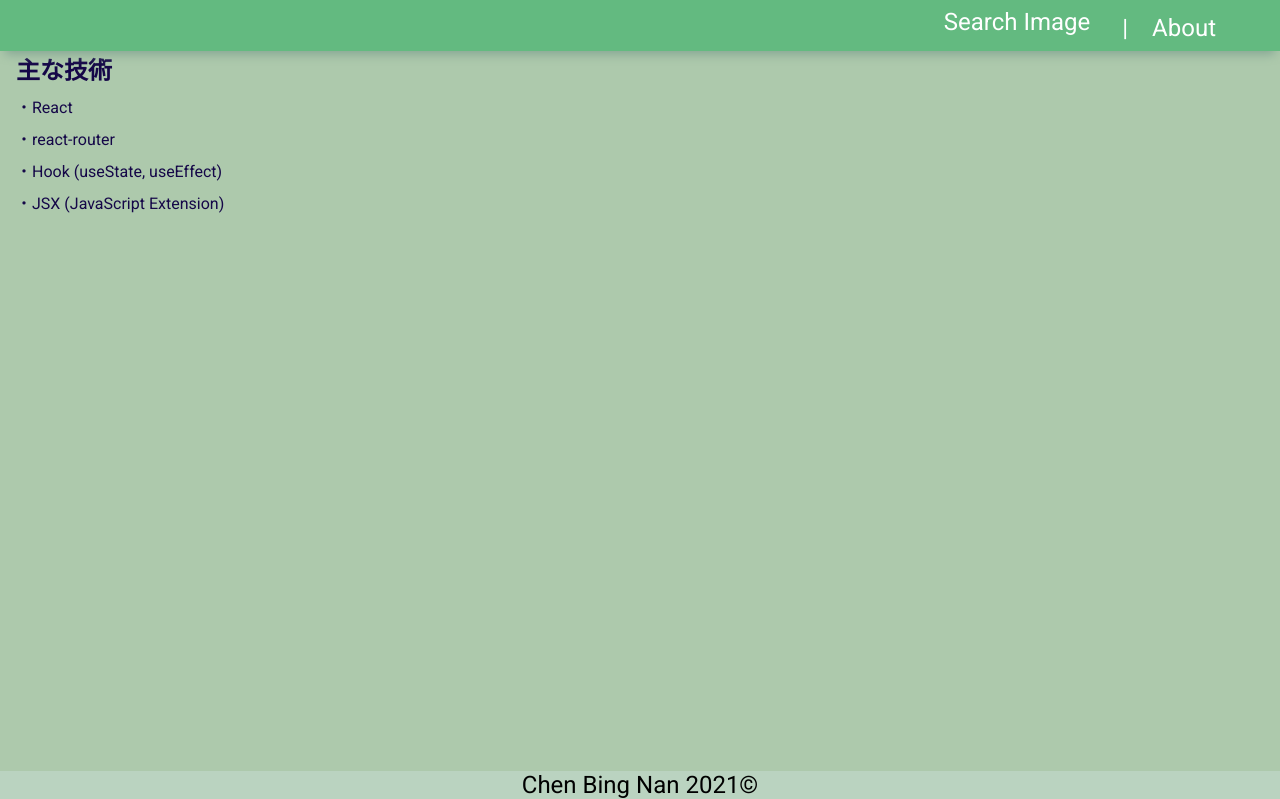
Repository: r1991108/pictureSearchProj
Page: /pictureSearchProj/about
The author's editor kept a copy of each file at every save. The page is drawn from the files as they stood at one save, then again after the next save.
The browser window is 1280 px wide. The pictures show the whole page.
The project was rebuilt for these pictures with package versions that can differ from the ones it lists, and the page was loaded fresh each time. Also part of the build but not shown: src/components/Search.js, src/components/Pictures.js, src/pages/Homepage.js.

Above is the page before, as saved 2021-11-23 23:02:45.

### public/index.html
<!DOCTYPE html>
<html lang="en">

<head>
  <meta charset="utf-8" />
  <!-- <link rel="icon" href="%PUBLIC_URL%/favicon.ico" /> -->
  <meta name="viewport" content="width=device-width, initial-scale=1" />
  <link rel="preconnect" href="https://fonts.googleapis.com">
  <link rel="preconnect" href="https://fonts.gstatic.com" crossorigin>
  <link href="https://fonts.googleapis.com/css2?family=Roboto&display=swap" rel="stylesheet">
  <!-- <meta name="theme-color" content="#000000" /> -->
  <!-- <meta name="description" content="Web site created using create-react-app" /> -->
  <!-- <link rel="apple-touch-icon" href="%PUBLIC_URL%/logo192.png" /> -->
  <!--
      manifest.json provides metadata used when your web app is installed on a
      user's mobile device or desktop. See https://developers.google.com/web/fundamentals/web-app-manifest/
    -->
  <!-- <link rel="manifest" href="%PUBLIC_URL%/manifest.json" /> -->
  <!--
      Notice the use of %PUBLIC_URL% in the tags above.
      It will be replaced with the URL of the `public` folder during the build.
      Only files inside the `public` folder can be referenced from the HTML.

      Unlike "/favicon.ico" or "favicon.ico", "%PUBLIC_URL%/favicon.ico" will
      work correctly both with client-side routing and a non-root public URL.
      Learn how to configure a non-root public URL by running `npm run build`.
    -->
  <title>React App</title>
</head>

<body>
  <noscript>You need to enable JavaScript to run this app.</noscript>
  <div id="root"></div>
  <!--
      This HTML file is a template.
      If you open it directly in the browser, you will see an empty page.

      You can add webfonts, meta tags, or analytics to this file.
      The build step will place the bundled scripts into the <body> tag.

      To begin the development, run `npm start` or `yarn start`.
      To create a production bundle, use `npm run build` or `yarn build`.
    -->
</body>

</html>

### src/App.js
import React from "react";
import Nav from "./components/Nav";
import Footer from "./components/Footer";
import Homepage from "./pages/Homepage";
import About from "./pages/About";
import { Routes, Route } from "react-router";
import "./styles/style.css";

function App() {
  return (
    <div className="App">
      <Nav />
      <Routes>
        <Route path="/pictureSearchProj/" element={<Homepage />} />
        <Route path="/pictureSearchProj/about" element={<About />} />
      </Routes>

      <Footer />
    </div>
  );
}

export default App;

### src/components/Nav.js
import React from "react";
import { Link } from "react-router-dom";

const Nav = () => {
  return (
    <nav>
      <ul>
        <li>
          <Link to="/pictureSearchProj/">Search Image</Link>
        </li>
        <li>
          {/* use Link to prevent page refreshing */}
          {/* <a href="/about">About</a> */}
          <Link to="/pictureSearchProj/about">|　About</Link>
        </li>
      </ul>
    </nav>
  );
};

export default Nav;

### src/components/Footer.js
import React from "react";

const Footer = () => {
  return <div className="footer">Chen Bing Nan 2021©</div>;
};

export default Footer;

### src/pages/About.js
import React from "react";

const About = () => {
  return (
    <div className="about" style={{ minHeight: "100vh" }}>
      <h2>主な技術</h2>
      <ul>
        <li>・React</li>
        <li>・react-router</li>
        <li>・Hook (useState, useEffect)</li>
        <li>・JSX (JavaScript Extension)</li>
      </ul>
    </div>
  );
};

export default About;

### src/styles/style.css
* {
  margin: 0;
  padding: 0;
  -webkit-box-sizing: border-box;
          box-sizing: border-box;
}

body {
  font-family: "Roboto", sans-serif;
  background-color: #adc9ac;
}

a {
  text-decoration: none;
  color: black;
}

ul {
  list-style-type: none;
}

.morePicture {
  display: -webkit-box;
  display: -ms-flexbox;
  display: flex;
  -webkit-box-pack: center;
      -ms-flex-pack: center;
          justify-content: center;
  -webkit-box-align: center;
      -ms-flex-align: center;
          align-items: center;
  padding: 2rem;
}

.morePicture button {
  padding: 0.25rem 1rem;
  font-size: 2rem;
  border: 3px solid #2b002b;
  background-color: #012e0b;
  cursor: pointer;
  color: white;
}

.morePicture button:hover {
  background-color: #26bc71;
}

.about {
  color: #150748;
  padding-left: 1rem;
}

.about ul {
  padding: 0.25rem 0;
}

.about ul li {
  padding: 0.25rem 0;
}

nav {
  background-color: #63ba80;
  position: -webkit-sticky;
  position: sticky;
  top: 0;
  z-index: 500;
  -webkit-box-shadow: 0 8px 10px -5px #83a492;
          box-shadow: 0 8px 10px -5px #83a492;
}

nav ul {
  display: -webkit-box;
  display: -ms-flexbox;
  display: flex;
  -webkit-box-pack: end;
      -ms-flex-pack: end;
          justify-content: flex-end;
  margin-right: 3rem;
}

nav ul li {
  padding: 0.5rem 1rem;
}

nav ul li a {
  font-size: 1.5rem;
  color: white;
}

.search {
  display: -webkit-box;
  display: -ms-flexbox;
  display: flex;
  -webkit-box-pack: center;
      -ms-flex-pack: center;
          justify-content: center;
  -webkit-box-align: center;
      -ms-flex-align: center;
          align-items: center;
  padding: 3rem 0rem;
}

.search input,
.search button {
  font-size: 2rem;
  padding: 0.25rem;
  border: 3px solid #2b002b;
}

.search button {
  background-color: #044323;
  color: white;
  cursor: pointer;
}

.search button:hover {
  background-color: #26bc71;
}

@media screen and (max-width: 428px) {
  .search {
    padding-top: 1rem;
    padding-bottom: 0rem;
  }
  .search input,
  .search button {
    font-size: 1.5rem;
    padding: 0.25rem;
    border: 2px solid #2b002b;
  }
}

.footer {
  display: -webkit-box;
  display: -ms-flexbox;
  display: flex;
  -webkit-box-pack: center;
      -ms-flex-pack: center;
          justify-content: center;
  -webkit-box-align: center;
      -ms-flex-align: center;
          align-items: center;
  font-size: 1.5rem;
  background-color: #bad3c0;
}

.pictures {
  display: -webkit-box;
  display: -ms-flexbox;
  display: flex;
  -ms-flex-wrap: wrap;
      flex-wrap: wrap;
  -webkit-box-pack: center;
      -ms-flex-pack: center;
          justify-content: center;
  -webkit-box-align: center;
      -ms-flex-align: center;
          align-items: center;
}

.pictures .picture {
  padding: 1rem;
  width: 400px;
}

.pictures .picture .imageContainer {
  overflow: hidden;
  height: 40vh;
}

.pictures .picture .imageContainer img {
  width: 100%;
  height: 100%;
  -o-object-fit: cover;
     object-fit: cover;
  -webkit-transition: all 0.3s ease;
  transition: all 0.3s ease;
}

.pictures .picture .imageContainer img:hover {
  -webkit-transform: scale(1.25);
          transform: scale(1.25);
  cursor: pointer;
}

@media screen and (max-width: 428px) {
  .morePicture {
    padding: 1rem;
  }
  .morePicture button {
    padding: 0rem 1rem;
    font-size: 2rem;
    border: 2px solid #2b002b;
  }
}
/*# sourceMappingURL=style.css.map */

Loaded but not shown: src/index.js (common file)

After the next save:
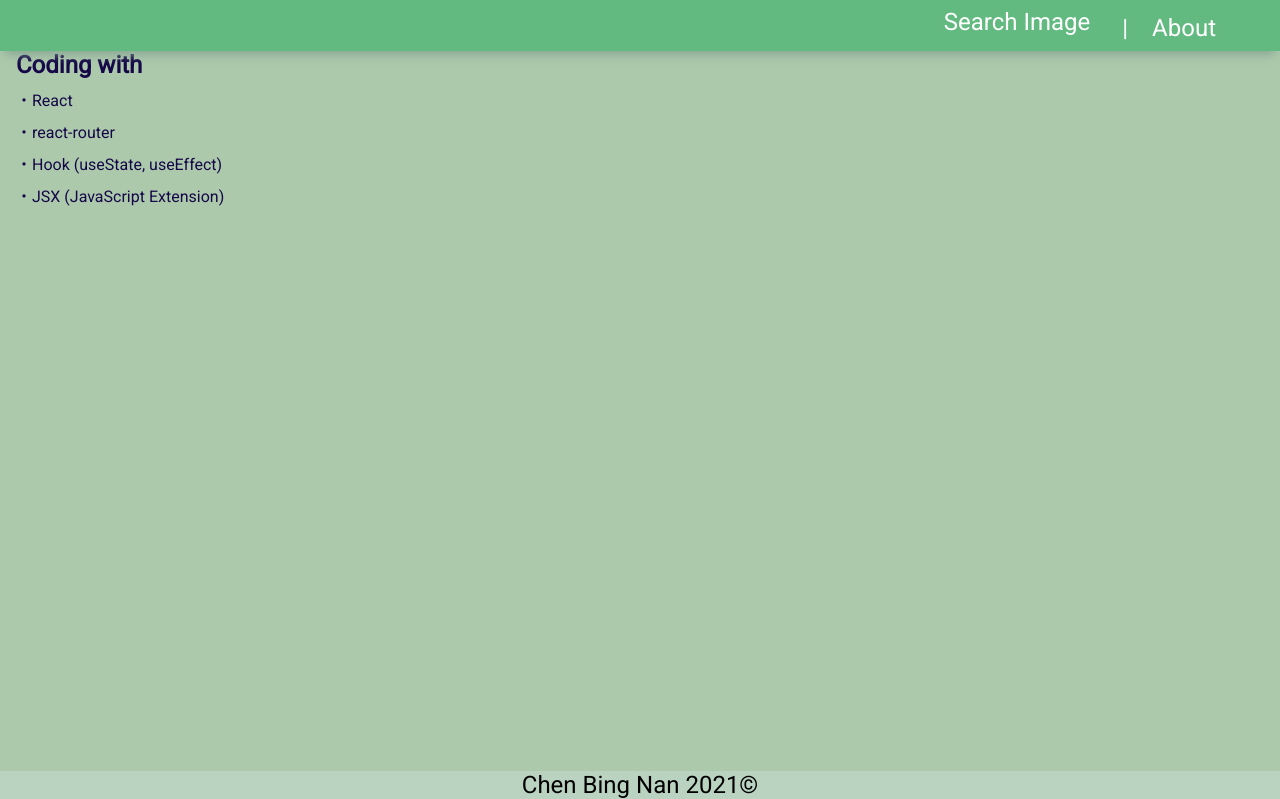
Saved 38 s later.
--- a/src/pages/About.js
+++ b/src/pages/About.js
@@ -3,7 +3,7 @@ import React from "react";
 const About = () => {
   return (
     <div className="about" style={{ minHeight: "100vh" }}>
-      <h2>主な技術</h2>
+      <h2>Coding with</h2>
       <ul>
         <li>・React</li>
         <li>・react-router</li>
